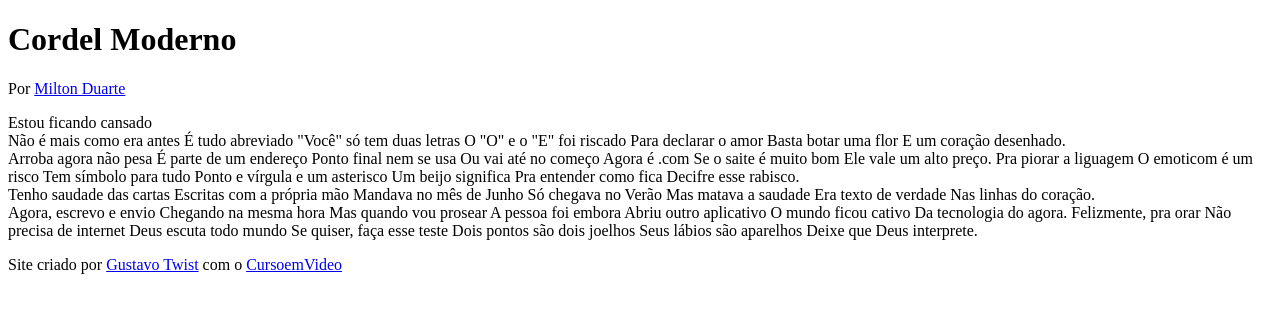
Repository: gustavotwist/projeto-cordel
Page: index.html
An editor plug-in stored every save of this project. The page is shown before and after the next save, followed by the edit.
The browser window is 1280 px wide. The pictures show the whole page.

Above is the page before, as saved 2024-04-15 21:35:00.

### index.html
<!DOCTYPE html>
<html lang="pt-br">
<head>
    <meta charset="UTF-8">
    <meta name="viewport" content="width=device-width, initial-scale=1.0">
    <title>Cordel Moderno</title>
</head>
<body>
    <header>
        <h1>
            Cordel Moderno
        </h1>
        <p>
            Por <a href="https://www.recantodasletras.com.br/poesias/3186743" target="_blank">Milton Duarte</a>
        </p>
    </header>

    <section>
        Estou ficando cansado <br
        Da tal tecnologia
        Só se fala por e-mail
        Mensagem curta e fria
        Twitter e Facebook
        Antes que eu caduque
        Vou dizer tudo em poesia.
    </section>

    <section>
        Não é mais como era antes
        É tudo abreviado
        "Você" só tem duas letras
        O "O" e o "E" foi riscado
        Para declarar o amor
        Basta botar uma flor
        E um coração desenhado.
    </section>



    <section>
        Arroba agora não pesa
        É parte de um endereço
        Ponto final nem se usa
        Ou vai até no começo
        Agora é .com
        Se o saite é muito bom
        Ele vale um alto preço.
        Pra piorar a liguagem
        O emoticom é um risco
        Tem símbolo para tudo
        Ponto e vírgula e um asterisco
        Um beijo significa
        Pra entender como fica
        Decifre esse rabisco.
    </section>



    <section>
        Tenho saudade das cartas
        Escritas com a própria mão
        Mandava no mês de Junho
        Só chegava no Verão
        Mas matava a saudade
        Era texto de verdade
        Nas linhas do coração.
    </section>



    <section>
        Agora, escrevo e envio
        Chegando na mesma hora
        Mas quando vou prosear
        A pessoa foi embora
        Abriu outro aplicativo
        O mundo ficou cativo
        Da tecnologia do agora.
        Felizmente, pra orar
        Não precisa de internet
        Deus escuta todo mundo
        Se quiser, faça esse teste
        Dois pontos são dois joelhos
        Seus lábios são aparelhos
        Deixe que Deus interprete.
    </section>

    <footer>
        <p>Site criado por <a href="https://github.com/gustavotwist" target="_blank">Gustavo Twist</a> com o <a href="https://www.cursoemvideo.com" target="_blank">CursoemVideo</a></p>
    </footer>
</body>
</html>

After the next save:
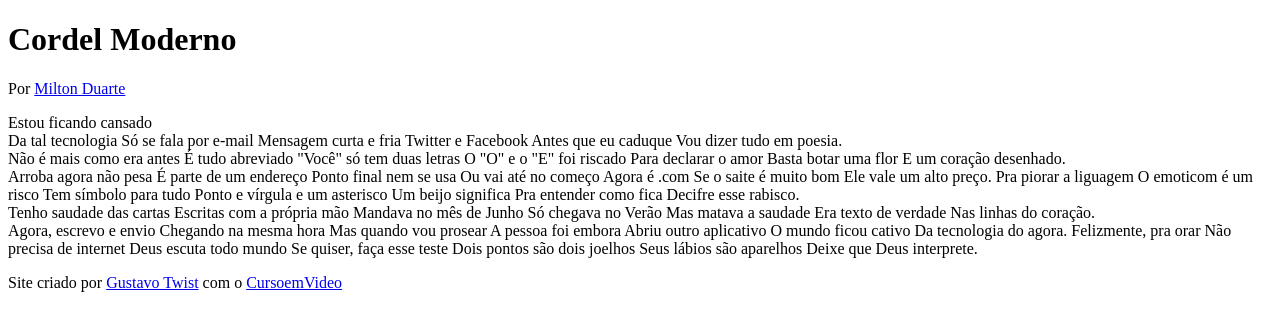
Saved 46 s later.
--- a/index.html
+++ b/index.html
@@ -16,7 +16,7 @@
     </header>
 
     <section>
-        Estou ficando cansado <br
+        Estou ficando cansado <br>
         Da tal tecnologia
         Só se fala por e-mail
         Mensagem curta e fria
